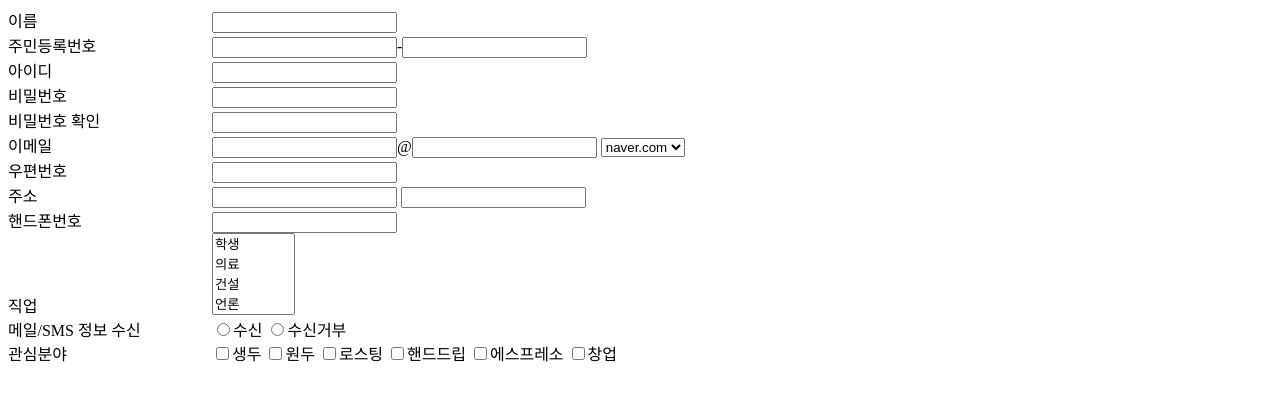
Repository: Yoon-jae-min/JSP-Servlet_Study
Page: http://localhost/self-study-01/join.jsp
These files come from the project's save history. The page is drawn as it stood at one moment and after the next save; the edit follows.
The browser window is 1280 px wide. The pictures show the whole page.
The page is served by Tomcat 10. Other server files are loaded and not shown.

Above is the page before, as saved 2024-06-06 12:20:28.

### JSP&Servlet-selfStudy/self-study-01/src/main/webapp/join.jsp
<%@ page language="java" contentType="text/html; charset=EUC-KR"
    pageEncoding="EUC-KR"%>
<!DOCTYPE html>
<html>
<head>
<meta charset="EUC-KR">
<style>
	label{
		display:inline-block;
		width: 200px;
	}
</style>
<title>Insert title here</title>
</head>
<body>
	<form method="post">
		<label for="name">이름</label>
			<input type="text" id="name" name="name"><br>
		<label for="numFront">주민등록번호</label>
			<input type="text" id="numFront" name="numFront">-<input type="password" id="numBehind" name="numBehind"><br>
		<label for="userId")>아이디</label>
			<input type="text" id="userId" name="userId"><br>
		<label for="password">비밀번호</label>
			<input type="password" id="password" name="password"><br>
		<label for="passwordCheck">비밀번호 확인</label>
			<input type="password" id="passwordCheck" name="paswordCheck"><br>
		<label for="emailFront">이메일</label>
			<input type="text" id="emailFront" name="emailFront">@<input type="text" id="emailBehind" name="emailBehind">
			<select id="emailBehindSelect" name="emailBehind">
				<option>naver.com</option>
				<option>daum.net</option>
				<option>nate.com</option>
				<option>gmail.com</option>
			</select><br>
		<label for="addressNumber">우편번호</label>
			<input type="text" id="addressNumber" name="addressNumber"><br>
		<label for="addressFront">주소</label>
			<input type="text" id="addressFront" name="addressFront">
			<input type="text" id="addressBehind" name="addressBehind"><br>
		<label for="telNum">핸드폰번호</label>
			<input type="text" id="telNum" name="telNum"><br>
		<label for="job">직업</label>
			<select name="job" id="job" size="4">
				<option>학생</option>
				<option>의료</option>
				<option>건설</option>
				<option>언론</option>
				<option>공무원</option>
				<option>컴퓨터/인터넷</option>
			</select><br>
		<label for="agree">메일/SMS 정보 수신</label>
			<input type="radio" id="agree" name="agree" value="ok">수신
			<input type="radio" name="agree" value="no">수신거부<br>
		<label for="interest">관심분야</label>
			<input type="checkbox" id="interest" name="interest" value="생두">생두
			<input type="checkbox" name="interest" value="원두">원두
			<input type="checkbox" name="interest" value="로스팅">로스팅
			<input type="checkbox" name="interest" value="핸드드립">핸드드립
			<input type="checkbox" name="interest" value="에스프레소">에스프레소
			<input type="checkbox" name="interest" value="창업">창업
	</form>
</body>
</html>

After the next save:
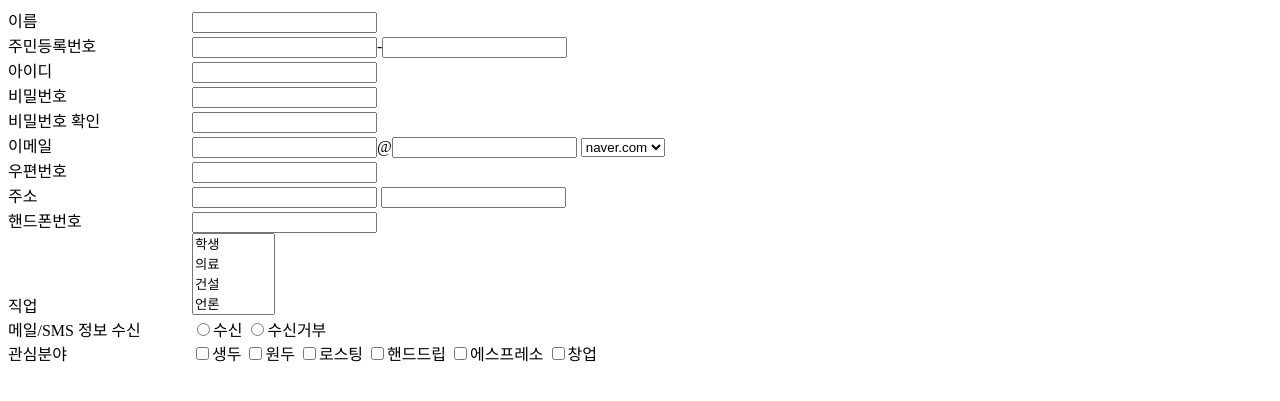
Saved 12 s later.
--- a/JSP&Servlet-selfStudy/self-study-01/src/main/webapp/join.jsp
+++ b/JSP&Servlet-selfStudy/self-study-01/src/main/webapp/join.jsp
@@ -7,7 +7,7 @@
 <style>
 	label{
 		display:inline-block;
-		width: 200px;
+		width: 180px;
 	}
 </style>
 <title>Insert title here</title>
